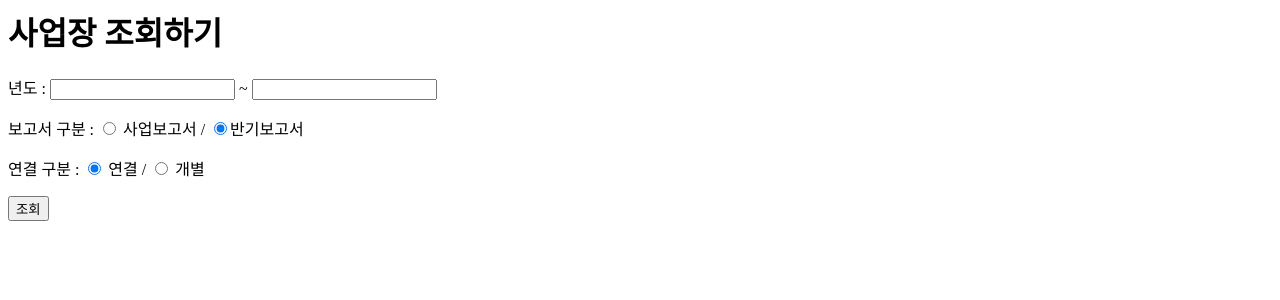
Repository: bangProgram/PJT_Finance
Page: http://localhost/Finance/WEB-INF/views/main/main.jsp
An editor plug-in stored every save of this project. The page is shown before and after the next save, followed by the edit.
The browser window is 1280 px wide. The pictures show the whole page.
The page is served by Tomcat 9. Nobody is signed in. The template is opened directly, without the code that normally fills it, so the values that code supplies are empty.

Above is the page before, as saved 2022-10-10 06:04:54.

After the next save:
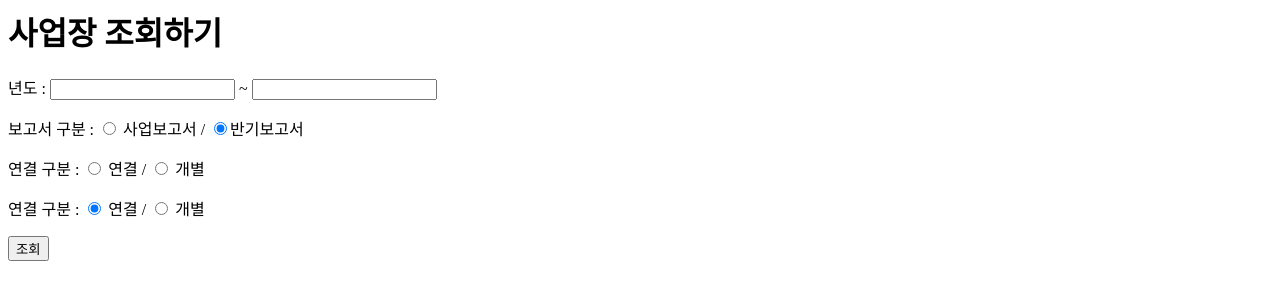
Saved 4 min 22 s later.
--- a/Finance/src/main/webapp/WEB-INF/views/main/main.jsp
+++ b/Finance/src/main/webapp/WEB-INF/views/main/main.jsp
@@ -10,6 +10,7 @@
    <p>년도 : <input type="text" name="pStartYear" /> ~ <input type="text" name="pEndYear" /></p>
    <p>보고서 구분 : <input type="radio" name="pReportGb" value="11011" /> 사업보고서 / <input type="radio" name="pReportGb" value="11012" checked="checked"/>반기보고서</p>
    <p>연결 구분 : <input type="radio" name="pConnectGb" value="CFS" checked="checked"/> 연결 / <input type="radio" name="pConnectGb" value="OFS"/> 개별</p>
+   <p>연결 구분 : <input type="radio" name="pConnectGb" value="CFS" checked="checked"/> 연결 / <input type="radio" name="pConnectGb" value="OFS"/> 개별</p>
    <p><input type="submit" value="조회" />
   </form>
  </body>
